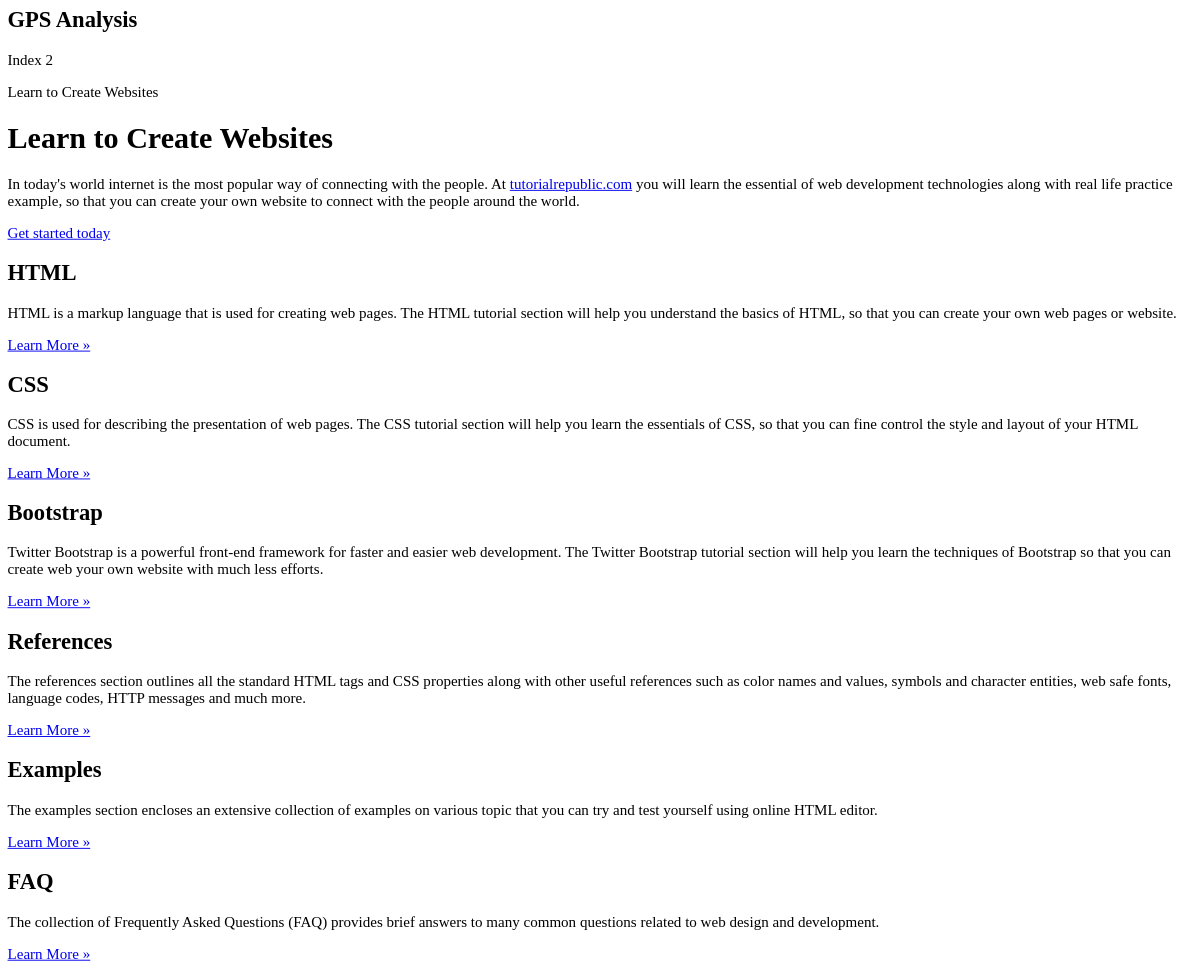
Repository: hanjangchen/Raspberry
Page: prjGAEGPSAnalysis/prjGPSAnalysis/src/static/my_ng_templates/desktop/index_2.html
These files come from the project's save history. The page is drawn as it stood at one moment and after the next save; the edit follows.
The browser window is 1280 px wide. The pictures show the whole page, at 94% of full size.

Above is the page before, as saved 2014-10-17 22:41:49.

After the next save:
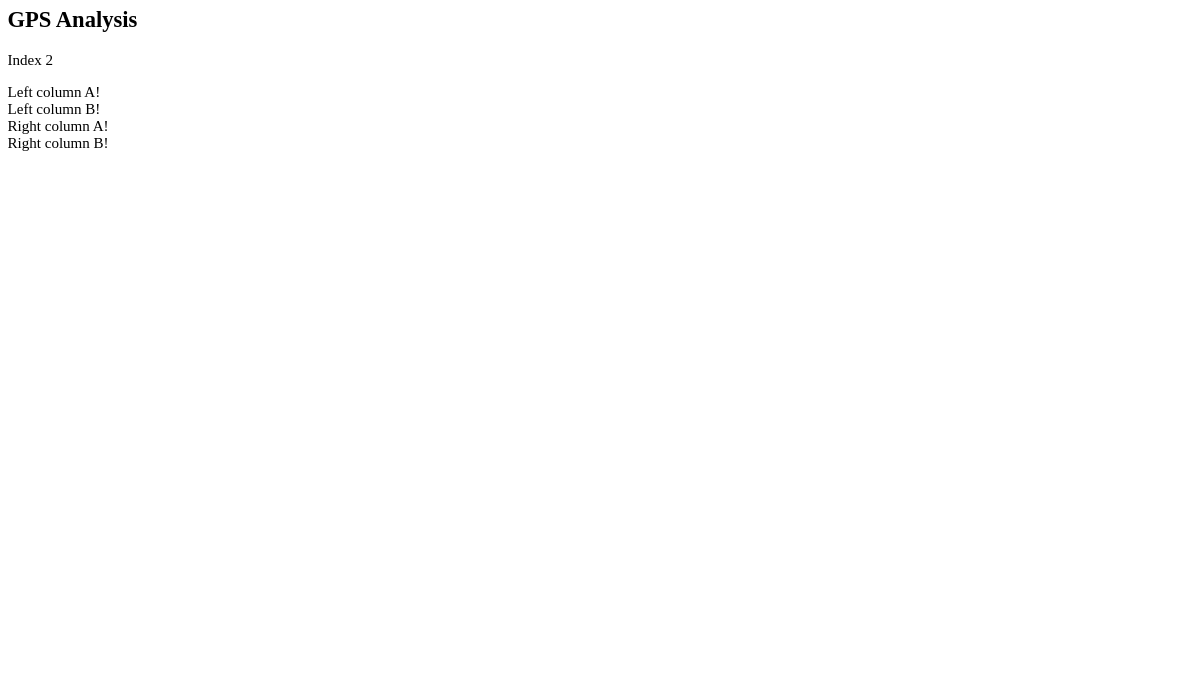
Saved 10 s later.
--- a/prjGAEGPSAnalysis/prjGPSAnalysis/src/static/my_ng_templates/desktop/index_2.html
+++ b/prjGAEGPSAnalysis/prjGPSAnalysis/src/static/my_ng_templates/desktop/index_2.html
@@ -9,95 +9,21 @@
 
 
 <!--  -->
-<div class="container-fluid">
-	<div class="jumbotron">
-		<p>Learn to Create Websites</p>
-	</div>
-	<div class="jumbotron">
-		<h1>Learn to Create Websites</h1>
-		<p>
-			In today's world internet is the most popular way of connecting with
-			the people. At <a href="http://www.tutorialrepublic.com"
-				target="_blank">tutorialrepublic.com</a> you will learn the
-			essential of web development technologies along with real life
-			practice example, so that you can create your own website to connect
-			with the people around the world.
-		</p>
-		<p>
-			<a href="http://www.tutorialrepublic.com" target="_blank"
-				class="btn btn-success btn-lg">Get started today</a>
-		</p>
-	</div>
-	<div class="row">
-		<div class="col-sm-6 col-md-4 col-lg-2">
-			<h2>HTML</h2>
-			<p>HTML is a markup language that is used for creating web pages.
-				The HTML tutorial section will help you understand the basics of
-				HTML, so that you can create your own web pages or website.</p>
-			<p>
-				<a href="http://www.tutorialrepublic.com/html-tutorial/"
-					target="_blank" class="btn btn-success">Learn More &raquo;</a>
-			</p>
-		</div>
-		<div class="col-sm-6 col-md-4 col-lg-2">
-			<h2>CSS</h2>
-			<p>CSS is used for describing the presentation of web pages. The
-				CSS tutorial section will help you learn the essentials of CSS, so
-				that you can fine control the style and layout of your HTML
-				document.</p>
-			<p>
-				<a href="http://www.tutorialrepublic.com/css-tutorial/"
-					target="_blank" class="btn btn-success">Learn More &raquo;</a>
-			</p>
-		</div>
-		<div class="clearfix visible-sm-block"></div>
-		<div class="col-sm-6 col-md-4 col-lg-2">
-			<h2>Bootstrap</h2>
-			<p>Twitter Bootstrap is a powerful front-end framework for faster
-				and easier web development. The Twitter Bootstrap tutorial section
-				will help you learn the techniques of Bootstrap so that you can
-				create web your own website with much less efforts.</p>
-			<p>
-				<a
-					href="http://www.tutorialrepublic.com/twitter-bootstrap-tutorial/"
-					target="_blank" class="btn btn-success">Learn More &raquo;</a>
-			</p>
-		</div>
-		<div class="clearfix visible-md-block"></div>
-		<div class="col-sm-6 col-md-4 col-lg-2">
-			<h2>References</h2>
-			<p>The references section outlines all the standard HTML tags and
-				CSS properties along with other useful references such as color
-				names and values, symbols and character entities, web safe fonts,
-				language codes, HTTP messages and much more.</p>
-			<p>
-				<a
-					href="http://www.tutorialrepublic.com/twitter-bootstrap-tutorial/"
-					target="_blank" class="btn btn-success">Learn More &raquo;</a>
-			</p>
-		</div>
-		<div class="clearfix visible-sm-block"></div>
-		<div class="col-sm-6 col-md-4 col-lg-2">
-			<h2>Examples</h2>
-			<p>The examples section encloses an extensive collection of
-				examples on various topic that you can try and test yourself using
-				online HTML editor.</p>
-			<p>
-				<a
-					href="http://www.tutorialrepublic.com/twitter-bootstrap-tutorial/"
-					target="_blank" class="btn btn-success">Learn More &raquo;</a>
-			</p>
-		</div>
-		<div class="col-sm-6 col-md-4 col-lg-2">
-			<h2>FAQ</h2>
-			<p>The collection of Frequently Asked Questions (FAQ) provides
-				brief answers to many common questions related to web design and
-				development.</p>
-			<p>
-				<a
-					href="http://www.tutorialrepublic.com/twitter-bootstrap-tutorial/"
-					target="_blank" class="btn btn-success">Learn More &raquo;</a>
-			</p>
-		</div>
-	</div>
+<div class="row">
+  <div class="span6">
+    <div class="span3">
+      Left column A!
+    </div>
+    <div class="span3">
+      Left column B!
+    </div>
+  </div>
+  <div class="span6">
+    <div class="span3">
+      Right column A!
+    </div>
+    <div class="span3">
+      Right column B!
+    </div>
+  </div>
 </div>

After the 2 saves that followed:
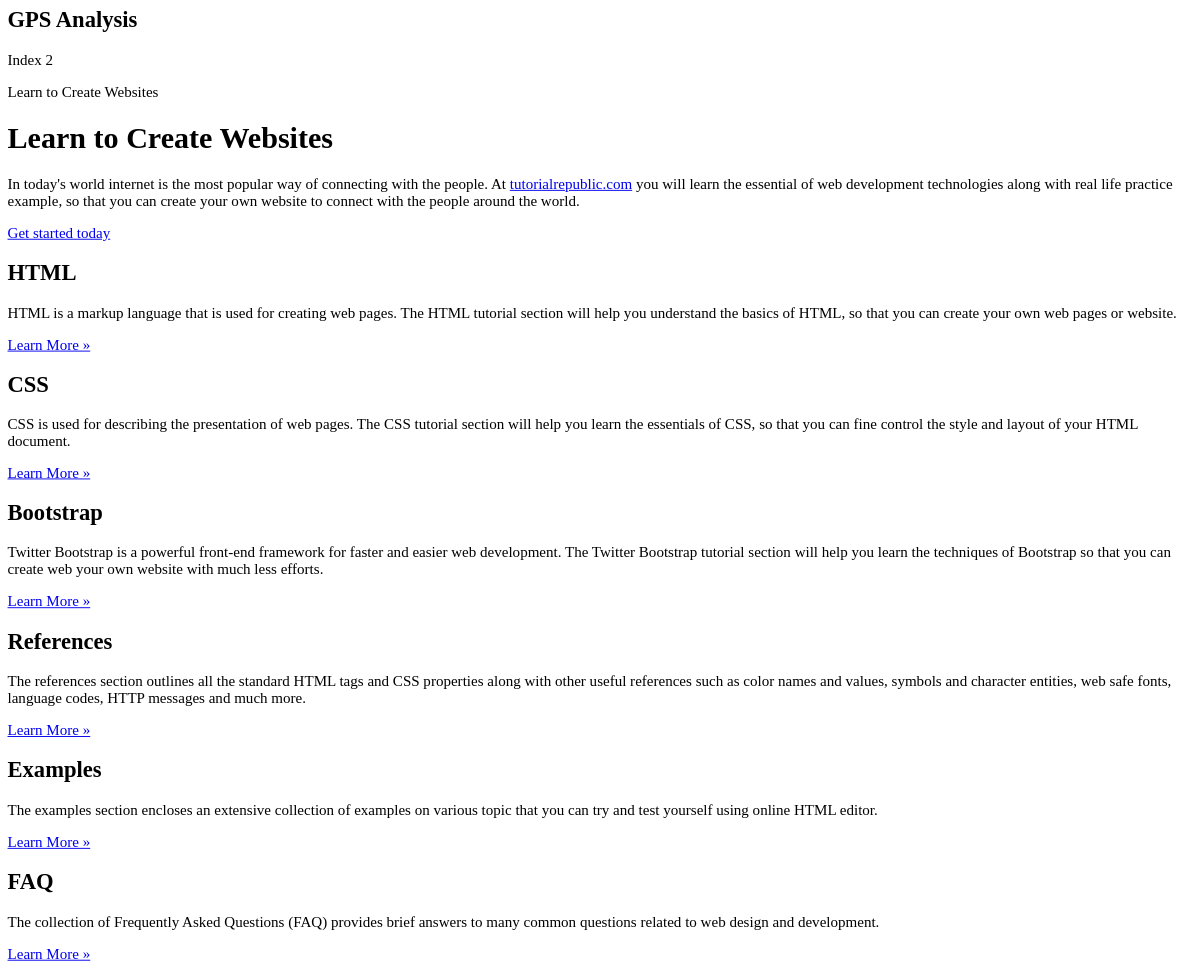
The 2 saves are shown as one change because 1 left the picture as it was.
The last was saved 110 s later.
--- a/prjGAEGPSAnalysis/prjGPSAnalysis/src/static/my_ng_templates/desktop/index_2.html
+++ b/prjGAEGPSAnalysis/prjGPSAnalysis/src/static/my_ng_templates/desktop/index_2.html
@@ -9,21 +9,95 @@
 
 
 <!--  -->
-<div class="row">
-  <div class="span6">
-    <div class="span3">
-      Left column A!
-    </div>
-    <div class="span3">
-      Left column B!
-    </div>
-  </div>
-  <div class="span6">
-    <div class="span3">
-      Right column A!
-    </div>
-    <div class="span3">
-      Right column B!
-    </div>
-  </div>
+<div class="container-fluid">
+	<div class="jumbotron">
+		<p>Learn to Create Websites</p>
+	</div>
+	<div class="jumbotron">
+		<h1>Learn to Create Websites</h1>
+		<p>
+			In today's world internet is the most popular way of connecting with
+			the people. At <a href="http://www.tutorialrepublic.com"
+				target="_blank">tutorialrepublic.com</a> you will learn the
+			essential of web development technologies along with real life
+			practice example, so that you can create your own website to connect
+			with the people around the world.
+		</p>
+		<p>
+			<a href="http://www.tutorialrepublic.com" target="_blank"
+				class="btn btn-success btn-lg">Get started today</a>
+		</p>
+	</div>
+	<div class="row">
+		<div class="col-sm-6 col-md-4 col-lg-2">
+			<h2>HTML</h2>
+			<p>HTML is a markup language that is used for creating web pages.
+				The HTML tutorial section will help you understand the basics of
+				HTML, so that you can create your own web pages or website.</p>
+			<p>
+				<a href="http://www.tutorialrepublic.com/html-tutorial/"
+					target="_blank" class="btn btn-success">Learn More &raquo;</a>
+			</p>
+		</div>
+		<div class="col-sm-6 col-md-4 col-lg-2">
+			<h2>CSS</h2>
+			<p>CSS is used for describing the presentation of web pages. The
+				CSS tutorial section will help you learn the essentials of CSS, so
+				that you can fine control the style and layout of your HTML
+				document.</p>
+			<p>
+				<a href="http://www.tutorialrepublic.com/css-tutorial/"
+					target="_blank" class="btn btn-success">Learn More &raquo;</a>
+			</p>
+		</div>
+		<div class="clearfix visible-sm-block"></div>
+		<div class="col-sm-6 col-md-4 col-lg-2">
+			<h2>Bootstrap</h2>
+			<p>Twitter Bootstrap is a powerful front-end framework for faster
+				and easier web development. The Twitter Bootstrap tutorial section
+				will help you learn the techniques of Bootstrap so that you can
+				create web your own website with much less efforts.</p>
+			<p>
+				<a
+					href="http://www.tutorialrepublic.com/twitter-bootstrap-tutorial/"
+					target="_blank" class="btn btn-success">Learn More &raquo;</a>
+			</p>
+		</div>
+		<div class="clearfix visible-md-block"></div>
+		<div class="col-sm-6 col-md-4 col-lg-2">
+			<h2>References</h2>
+			<p>The references section outlines all the standard HTML tags and
+				CSS properties along with other useful references such as color
+				names and values, symbols and character entities, web safe fonts,
+				language codes, HTTP messages and much more.</p>
+			<p>
+				<a
+					href="http://www.tutorialrepublic.com/twitter-bootstrap-tutorial/"
+					target="_blank" class="btn btn-success">Learn More &raquo;</a>
+			</p>
+		</div>
+		<div class="clearfix visible-sm-block"></div>
+		<div class="col-sm-6 col-md-4 col-lg-2">
+			<h2>Examples</h2>
+			<p>The examples section encloses an extensive collection of
+				examples on various topic that you can try and test yourself using
+				online HTML editor.</p>
+			<p>
+				<a
+					href="http://www.tutorialrepublic.com/twitter-bootstrap-tutorial/"
+					target="_blank" class="btn btn-success">Learn More &raquo;</a>
+			</p>
+		</div>
+		<div class="col-sm-6 col-md-4 col-lg-2">
+			<h2>FAQ</h2>
+			<p>The collection of Frequently Asked Questions (FAQ) provides
+				brief answers to many common questions related to web design and
+				development.</p>
+			<p>
+				<a
+					href="http://www.tutorialrepublic.com/twitter-bootstrap-tutorial/"
+					target="_blank" class="btn btn-success">Learn More &raquo;</a>
+			</p>
+		</div>
+	</div>
 </div>
